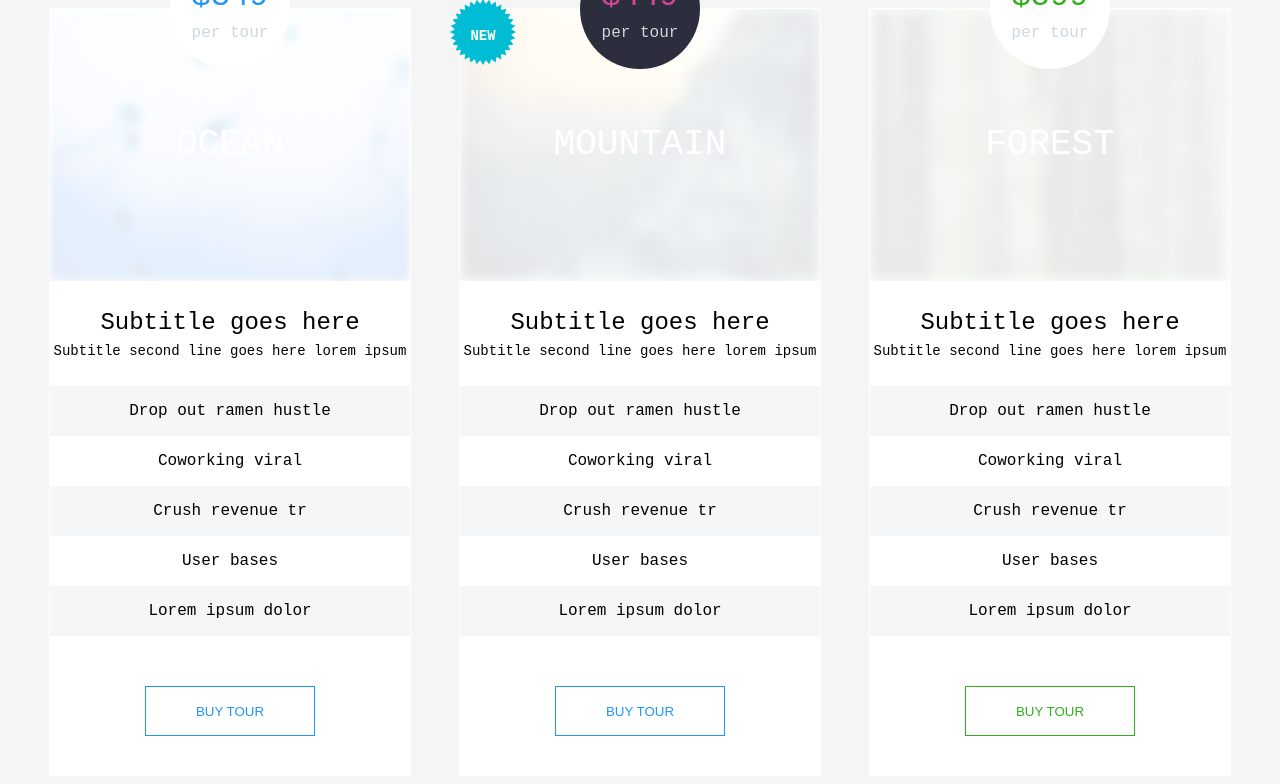
Repository: HoanTiny/pricetable
Page: index.html
The author's editor kept a copy of each file at every save. The page is drawn from the files as they stood at one save, then again after the next save.
The browser window is 1280 px wide. The pictures show the whole page.

Above is the page before, as saved 2022-07-04 10:53:57.

### index.html
<!DOCTYPE html>
<html lang="en">
    <head>
        <meta charset="UTF-8" />
        <meta http-equiv="X-UA-Compatible" content="IE=edge" />
        <meta name="viewport" content="width=device-width, initial-scale=1.0" />
        <title>PriceTable</title>
        <link rel="stylesheet" href="./assests/css/style.css" />
    </head>
    <body>
        <div class="container">
            <div class="price-table">
                <div class="img">
                    <img src="./assests/img/ocean.png" alt="logo" />
                    <span>Ocean</span>
                </div>
                <div class="title">
                    <div class="title_header">
                        <p>Subtitle goes here</p>
                        <span>Subtitle second line goes here lorem ipsum</span>
                    </div>
                    <div class="title_list">
                        <ul>
                            <li>Drop out ramen hustle</li>
                            <li>Coworking viral</li>
                            <li>Crush revenue tr</li>
                            <li>User bases</li>
                            <li>Lorem ipsum dolor</li>
                        </ul>
                    </div>
                    <div class="title_btn">
                        <button type="">Buy Tour</button>
                    </div>
                    <div class="price">
                        <p>$349</p>
                        <span>per tour</span>
                    </div>
                </div>
            </div>
            <div class="price-table">
                <div class="img">
                    <img src="./assests/img/mountain.png" alt="logo" />
                    <span>Mountain</span>
                </div>
                <div class="title">
                    <div class="title_header">
                        <p>Subtitle goes here</p>
                        <span>Subtitle second line goes here lorem ipsum</span>
                    </div>
                    <div class="title_list">
                        <ul>
                            <li>Drop out ramen hustle</li>
                            <li>Coworking viral</li>
                            <li>Crush revenue tr</li>
                            <li>User bases</li>
                            <li>Lorem ipsum dolor</li>
                        </ul>
                    </div>
                    <div class="title_btn">
                        <button type="">Buy Tour</button>
                    </div>
                    <div class="price mountain">
                        <p>$449</p>
                        <span>per tour</span>
                    </div>
                    <div class="mark">
                        <img src="./assests/img/newmark.png" alt="logo" />
                        <span>New</span>
                    </div>
                </div>
            </div>
            <div class="price-table">
                <div class="img">
                    <img src="./assests/img/forest.png" alt="logo" />
                    <span>forest</span>
                </div>
                <div class="title">
                    <div class="title_header">
                        <p>Subtitle goes here</p>
                        <span>Subtitle second line goes here lorem ipsum</span>
                    </div>
                    <div class="title_list">
                        <ul>
                            <li>Drop out ramen hustle</li>
                            <li>Coworking viral</li>
                            <li>Crush revenue tr</li>
                            <li>User bases</li>
                            <li>Lorem ipsum dolor</li>
                        </ul>
                    </div>
                    <div class="title_btn forest">
                        <button type="">Buy Tour</button>
                    </div>
                    <div class="price forest">
                        <p>$599</p>
                        <span>per tour</span>
                    </div>
                </div>
            </div>
        </div>
    </body>
</html>

### assests/css/style.css
body {
    background-color: #f5f5f5;
    font-family: "Courier New", Courier, monospace;
    font-size: 14px;
    line-height: 1.5;
    min-height: 100vh;
    display: flex;
    justify-content: center;
    align-items: center;
}

* {
    box-sizing: border-box;
}

.container {
    display: flex;
}

.price-table {
    width: 362px;
    height: 768px;
    background-color: #fff;
    position: relative;
    margin: 0 24px;
    border: 1px solid #fff;
}

.img {
    position: relative;
    height: 272px;
    width: 100%;
}

.img span {
    position: absolute;
    top: 50%;
    left: 50%;
    transform: translate(-50%, -50%);
    font-size: 36px;
    text-transform: uppercase;
    color: #fff;
}

.img img {
    opacity: 0.1;
    /* filter: blur(8px);
    -webkit-filter: blur(8px); */
}

img {
    width: 100%;
    height: 100%;
}

.title_header {
    text-align: center;
    margin: 24px 0;
}

.title_header p {
    font-size: 24px;
    margin: 0;
}

.title_header span {
    font-size: 14px;
}

.title_list ul {
    text-align: center;
    padding-left: 0;
    list-style: none;
}

.title_list ul li {
    font-size: 16px;
    height: 50px;
    line-height: 50px;
}

.title_list ul li:nth-child(odd) {
    background-color: #f4f6f7;
}

.title_btn {
    margin-top: 50px;
    text-align: center;
}

.title_btn button {
    width: 170px;
    height: 50px;
    border: 1px solid #2196f7;
    background-color: #fff;
    text-transform: uppercase;
    color: #2196f7;
    cursor: pointer;
}

.title_btn.forest button {
    border: 1px solid #32ad1e;
    color: #32ad1e;
}

.title_btn button:hover {
    background-color: #6c136f;
    color: #fff;
}

.price {
    position: absolute;
    top: -60px;
    left: 120px;
    /* transform: translate(-50%, -50%); */
    width: 120px;
    height: 120px;
    border-radius: 50%;
    background-color: #fff;
    display: flex;
    justify-content: center;
    align-items: center;
    text-align: center;
    display: flex;
    flex-direction: column;
}

.price p {
    font-size: 32px;
    color: #2196f7;
    margin: 0;
}

.price span {
    font-size: 16px;
    color: #cfd7dc;
}

.price.mountain {
    background-color: #2c2e3d;
}

.price.mountain p {
    color: #d74498;
}

.price.forest p {
    color: #32ad1e;
}

.mark {
    position: absolute;
    top: -10px;
    left: -10px;
}

.mark img {
    position: relative;
}

.mark span {
    position: absolute;
    top: 50%;
    left: 50%;
    transform: translate(-50%, -50%);
    color: #fff;
    text-transform: uppercase;
    font-weight: bold;
}

After the next save:
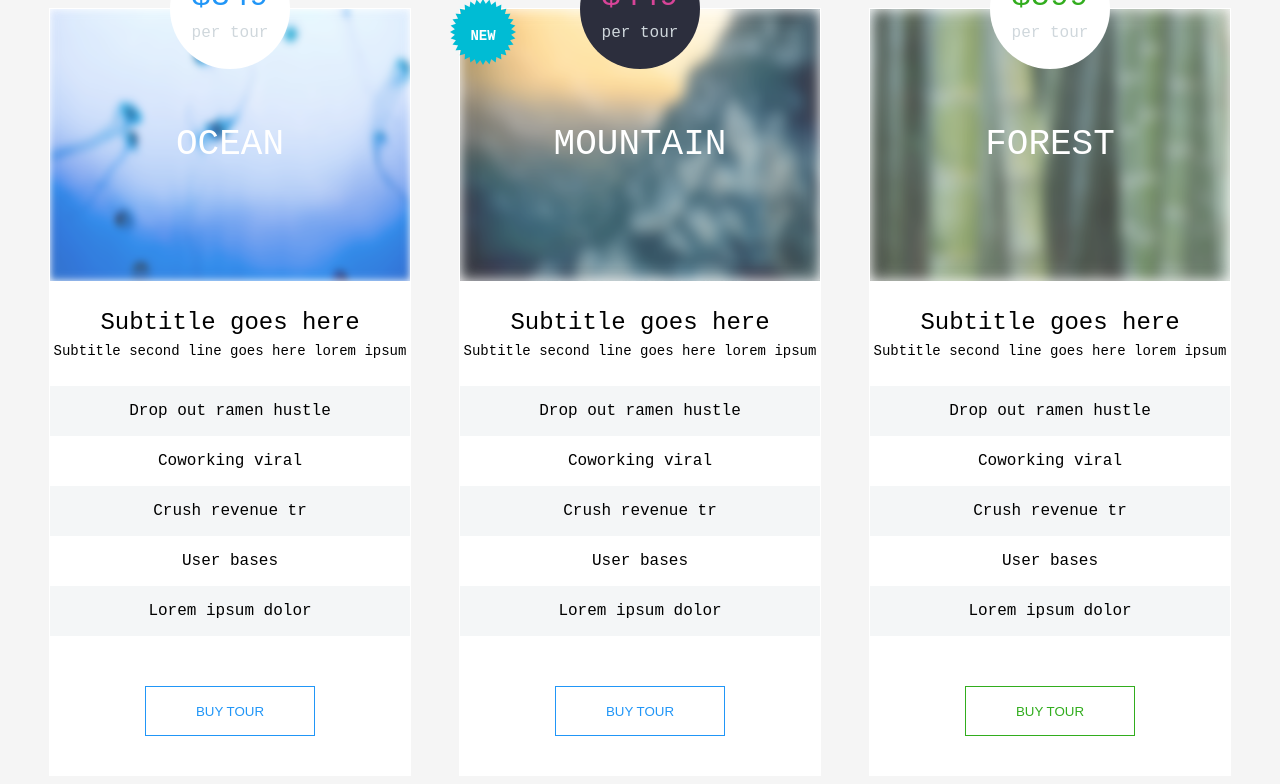
Saved 4 s later.
--- a/assests/css/style.css
+++ b/assests/css/style.css
@@ -43,7 +43,7 @@ body {
 }
 
 .img img {
-    opacity: 0.1;
+    opacity: 0.8;
     /* filter: blur(8px);
     -webkit-filter: blur(8px); */
 }
